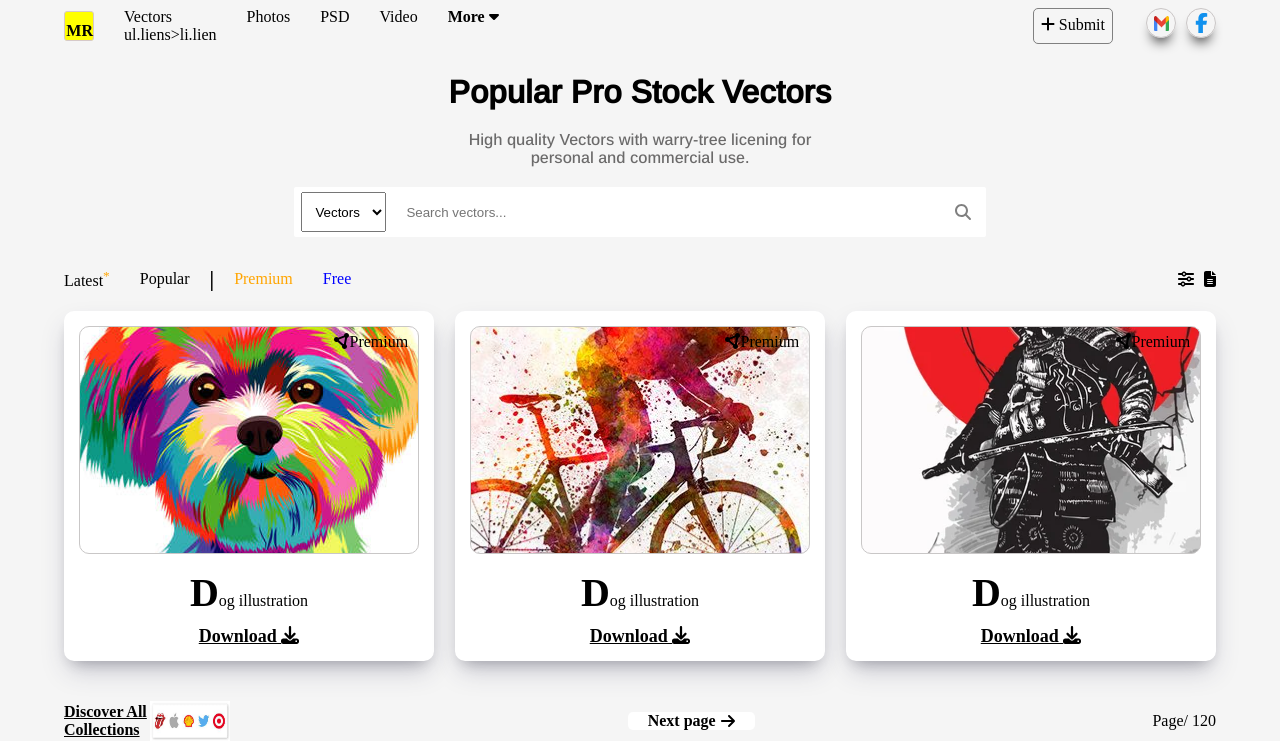
Repository: kegbaDev/VectorTemplate
Page: /
An editor plug-in stored every save of this project. The page is shown before and after the next save, followed by the edit.
The browser window is 1280 px wide. The pictures show the whole page.
The project was rebuilt for these pictures with package versions that can differ from the ones it lists, and the page was loaded fresh each time. Also part of the build but not shown: vite.config.js.

Above is the page before, as saved 2023-04-14 01:39:22.

### index.html
<!DOCTYPE html>
<html lang="en">
  <head>
    <meta charset="UTF-8" />
    <link rel="icon" href="/favicon.ico" />
    <meta name="viewport" content="width=device-width, initial-scale=1.0" />
    <title>Vite App</title>
  </head>
  <body style="background-color: rgb(245, 245, 245)">
    <div id="app"></div>
    <script type="module" src="/src/main.js"></script>
  </body>
</html>

### src/main.js
import { createApp } from 'vue'
import App from './App.vue'

// fontawesome importation
import '@fortawesome/fontawesome-free/css/all.css'
import '@fortawesome/fontawesome-free/js/all.js'

createApp(App).mount('#app')

### src/App.vue
<template>
<div class="wrapper">
  <div class="navbar">
    <div class="left bounce">
      <div class="logo">MR</div>
      <ul>
        <li>
          Vectors
          <div class="sous_menu">
            ul.liens>li.lien
          </div>
        </li>
        <li>Photos</li>
        <li>PSD</li>
        <li>Video</li>
        <li><span class="more" >More</span><i class="fa-solid fa-caret-down"></i></li>
      </ul>
    </div>
    <div class="right">
      <div class="submit">
        <i class="fa-solid fa-plus"></i>
        Submit
      </div>
      <div class="logo_collection">
        <div class="logo_card">
          <img src="./assets/gmail-logo-16.png" alt="google-icon" width="15px" height="15px">
        </div>
        <div class="logo_card">
          <i class="fa-brands fa-facebook-f" style="color: #1191ee; width: 25px;height: 20px;"></i>
        </div>
      </div>
    </div>
  </div>


  <!-- Second component -->


  <div class="text_section">
    <h1 class="title slideInUp">Popular Pro Stock Vectors</h1>
    <p class="paragraph slideInUp">
      High quality Vectors with warry-tree licening for <br>
      personal and commercial use.
    </p>
    <div class="input_card slideInRight">
      <select name="" id="">
        <option value="value1">Vectors</option>
        <option value="value2">Vectors</option>
      </select>
      <input type="text" placeholder="Search vectors... ">
      <i class="fa-solid fa-magnifying-glass" style="color: grey; margin-right: 15px;"></i>
    </div>
  </div>

  <!-- Third component -->

  <div class="row">
    <div class="left-row">
      <ul>
        <li>Latest<sup style="color:orange">*</sup></li>
        <li>Popular</li>
      </ul>
      <span class="pipe">
        |
      </span>
      <ul>
        <li style="color:orange">Premium</li>
        <li style="color:blue">Free</li>
      </ul>
    </div>
    <div class="right-row">
      <i class="fa-solid fa-sliders"></i>
      <i class="fa-solid fa-file-lines"></i>
    </div>
  </div>

  <!-- Fourth component  -->

  <div class="card_content slideInUp">
    <div class="main_card">
      <div class="image_and_text_space">
        <i class="fa-solid fa-circle-nodes"></i>Premium
      </div>
      <p style="margin-bottom: 10px;"><span style="text-transform: uppercase; font-weight: bolder; font-size: 40px;">D</span>og illustration</p>
      <p class="download">Download <i class="fa-solid fa-download"></i></p>
    </div>
    <div class="main_card">
      <div class="image_and_text_space2">
        <i class="fa-solid fa-circle-nodes"></i>Premium
      </div>
      <p style="margin-bottom: 10px;"><span style="text-transform: uppercase; font-weight: bolder; font-size: 40px;">D</span>og illustration</p>
      <p class="download">Download <i class="fa-solid fa-download"></i></p>
    </div>
    <div class="main_card">
      <div class="image_and_text_space3">
        <!-- <img src="./assets/154416(1).svg" width="209px" height="300px" alt=""> -->
        <i class="fa-solid fa-circle-nodes"></i>Premium
      </div>
      <p style="margin-bottom: 10px;"><span style="text-transform: uppercase; font-weight: bolder; font-size: 40px;">D</span>og illustration</p>
      <p class="download">Download <i class="fa-solid fa-download"></i></p>
    </div>
    <!-- <div class="main_card">
      <div class="image_and_text_space">
        Premium
      </div>
      <p>Dog illustration</p>
      <p class="download">Download<i class="fa-solid fa-download"></i></p>
    </div>
    <div class="main_card">
      <div class="image_and_text_space">
        Premium
      </div>
      <p>Dog illustration</p>
      <p class="download">Download<i class="fa-solid fa-download"></i></p>
    </div> -->
  </div>

  <!-- Last component -->
  <div class="last_row">
    <div class="start">
      <div class="part">
        Discover All <br>
        Collections
      </div>
      <img src="./assets/imagesfinal.jpg" alt="" style="width: 80px; height: 40px;">
    </div>
    <div class="between">
      Next page <i class="fa-solid fa-arrow-right"></i>
    </div>
    <div class="end">
      Page/ 120
    </div>
  </div>
</div>




</template>

<script setup>

</script>


<style scoped>
@import url('https://fonts.googleapis.com/css2?family=Arimo:wght@500&display=swap');
.wrapper{
  height: 100vh;
  width: 90vw;
  margin:auto;
}
*{
  padding: 0px;
  margin: 0px;
  box-sizing: border-box;
  /* font-family: 'Arimo', sans-serif; */
}
.left{
  display: flex;
  align-items: center;
}

ul{
  list-style: none;
  display: flex;
  gap: 30px;
  margin-left: 30px;
}
ul li{
  cursor: pointer;
}
.more{
  font-weight: bolder;
  padding-right: 4px;
}
.logo{
  width: 30px;
  height: 30px;
  border: 1px solid rgb(214, 201, 201);
  background-color: yellow;
  font-weight: bolder;
  display: flex;
  justify-content: end;
  align-items: end;
  border-radius: 3px;
  cursor: pointer;
}
.navbar{
  display: flex;
  justify-content: space-between;
}
.right{
  display: flex;
  gap: 3px;
}
.submit{
  border: 1px solid gray;
  padding: 7px;
  margin-right: 30px;
  border-radius: 5px;
  background-color: rgba(234, 233, 233, 0.03);
  cursor: pointer;
  transition: all 400ms ease-in-out;
}
.submit:hover{
  background-color: yellow;
  /* font-weight: bolder; */
  scale: 1.1;
}
.logo_collection{
  display: flex;
  gap: 10px;
}
.logo_card{
  width: 30px;
  height: 30px;
  border: 1px solid black;
  display: flex;
  align-items: center;
  justify-content: center;
  border-radius: 50%;
  border-color: rgb(202, 198, 198);
  -webkit-box-shadow: 0px 10px 13px -7px #000000, -2px -2px 15px 6px rgba(26,17,18,0);
  box-shadow: 0px 10px 13px -7px #000000, -2px -2px 15px 6px rgba(26,17,18,0);
  cursor: pointer;transition: all 300ms ease-in-out;

}
.logo_card:hover{
  -webkit-box-shadow: 0px 10px 13px -7px #000000, -2px -2px 15px 6px rgba(26,17,18,0);
  box-shadow: 0px 10px 13px -7px #000000, -2px -2px 15px 6px rgba(26,17,18,0);
  scale: 1.2;

}

/* Second composant */

.text_section{
  margin: 30px auto;
  text-align: center;
}
.title{
  font-family: 'Arimo', sans-serif;
  margin-bottom: 20px;
}
.paragraph{
  font-family: 'Arimo', sans-serif;
  margin-bottom: 20px;
  color: rgb(107, 106, 106);
}
.input_card{
  width: 60%;
  height: 50px;
  background-color: white;
  margin: auto;
  display: flex;
  align-items: center;
  border-radius: 2px;
}
input{
  width: 100%;
  padding-left: 20px;
  border: none;
}
input, select{
  height: 40px;
}
select{
  padding: 9px;
  margin-left: 7px;
}

/* Third component */
.row{
  display: flex;
  justify-content: space-between;
  margin-bottom: 20px;
}
.left-row ul{
  margin: 0px;
  padding: 0px;
  display: flex;
  align-items: center;
}
.left-row, .right-row{
  display: flex;
  align-items: center;
}
.pipe{
  margin: 0px 20px;
}

.pipe{
  font-weight: bolder;
  font-size: 1.3em;
}
.right-row{
  gap: 10px;
}

/* Fourth component */

.card_content{
  display: flex;
  justify-content: space-between;
}
.main_card{
  min-width: 370px;
  min-height: 350px;
  /* border: 1px solid black; */
  border-radius: 10px;
  background-color: white;
  box-shadow: rgba(50, 50, 93, 0.25) 0px 13px 27px -5px, rgba(0, 0, 0, 0.3) 0px 8px 16px -8px;
  padding-bottom: 25px;
  cursor: pointer;
  transition: all 400ms ease-in-out;
}
.main_card:hover{
  scale: 1.02;
}
.main_card p{
  text-align: center;
}
.download{
  font-weight: bolder;
  text-decoration: underline;
  font-size: large;
}
.image_and_text_space{
  padding-top: 6px;
  padding-right: 10px;
  text-align: end;
  height: 70%;
  width: 92%;
  border: 1px solid rgb(201, 199, 199);
  border-radius: 10px;
  margin: 15px auto;
  background-image: url(./assets/chien_color.jpg);
  background-repeat: no-repeat;
  background-position: center;
}
.image_and_text_space2{
  background-image: url(./assets/velo.jpg) !important;
  padding-top: 6px;
  padding-right: 10px;
  text-align: end;
  height: 70%;
  width: 92%;
  border: 1px solid rgb(201, 199, 199);
  border-radius: 10px;
  margin: 15px auto;
  background-repeat: no-repeat;
  background-position: center;
}
.image_and_text_space3{
  background-image: url(./assets/sa.webp) !important;
  padding-top: 6px;
  padding-right: 10px;
  text-align: end;
  height: 70%;
  width: 92%;
  border: 1px solid rgb(201, 199, 199);
  border-radius: 10px;
  margin: 15px auto;
  background-repeat: no-repeat;
  /* object-fit: contain; */
  background-position: center;
}

/* Animation */

.bounce {
  -webkit-animation-name: bounce;
  animation-name: bounce;
  -webkit-transform-origin: center bottom;
  -ms-transform-origin: center bottom;
  transform-origin: center bottom;
  -webkit-animation-duration: 1s;
  animation-duration: 1s;
  -webkit-animation-fill-mode: both;
  animation-fill-mode: both;
  }
  @-webkit-keyframes bounce {
  0%, 20%, 53%, 80%, 100% {
  -webkit-transition-timing-function: cubic-bezier(0.215, 0.610, 0.355, 1.000);
  transition-timing-function: cubic-bezier(0.215, 0.610, 0.355, 1.000);
  -webkit-transform: translate3d(0,0,0);
  transform: translate3d(0,0,0);
  }
  40%, 43% {
  -webkit-transition-timing-function: cubic-bezier(0.755, 0.050, 0.855, 0.060);
  transition-timing-function: cubic-bezier(0.755, 0.050, 0.855, 0.060);
  -webkit-transform: translate3d(0, -30px, 0);
  transform: translate3d(0, -30px, 0);
  }
  70% {
  -webkit-transition-timing-function: cubic-bezier(0.755, 0.050, 0.855, 0.060);
  transition-timing-function: cubic-bezier(0.755, 0.050, 0.855, 0.060);
  -webkit-transform: translate3d(0, -15px, 0);
  transform: translate3d(0, -15px, 0);
  }
  90% {
  -webkit-transform: translate3d(0,-4px,0);
  transform: translate3d(0,-4px,0);
  }
  }

  @keyframes bounce {
  0%, 20%, 53%, 80%, 100% {
  -webkit-transition-timing-function: cubic-bezier(0.215, 0.610, 0.355, 1.000);
  transition-timing-function: cubic-bezier(0.215, 0.610, 0.355, 1.000);
  -webkit-transform: translate3d(0,0,0);
  transform: translate3d(0,0,0);
  }
  40%, 43% {
  -webkit-transition-timing-function: cubic-bezier(0.755, 0.050, 0.855, 0.060);
  transition-timing-function: cubic-bezier(0.755, 0.050, 0.855, 0.060);
  -webkit-transform: translate3d(0, -30px, 0);
  transform: translate3d(0, -30px, 0);
  }
  70% {
  -webkit-transition-timing-function: cubic-bezier(0.755, 0.050, 0.855, 0.060);
  transition-timing-function: cubic-bezier(0.755, 0.050, 0.855, 0.060);
  -webkit-transform: translate3d(0, -15px, 0);
  transform: translate3d(0, -15px, 0);
  }
  90% { -webkit-transform: translate3d(0,-4px,0); transform: translate3d(0,-4px,0);
  }
}
.slideInUp {
  -webkit-animation-name: slideInUp;
  animation-name: slideInUp;
  -webkit-animation-duration: 1s;
  animation-duration: 1s;
  -webkit-animation-fill-mode: both;
  animation-fill-mode: both;
  }
  @-webkit-keyframes slideInUp {
  0% {
  -webkit-transform: translateY(100%);
  transform: translateY(100%);
  visibility: visible;
  }
  100% {
  -webkit-transform: translateY(0);
  transform: translateY(0);
  }
  }
  @keyframes slideInUp {
  0% {
  -webkit-transform: translateY(100%);
  transform: translateY(100%);
  visibility: visible;
  }
  100% {
  -webkit-transform: translateY(0);
  transform: translateY(0);
  }
}

.slideInRight {
  -webkit-animation-name: slideInRight;
  animation-name: slideInRight;
  -webkit-animation-duration: 1s;
  animation-duration: 1s;
  -webkit-animation-fill-mode: both;
  animation-fill-mode: both;
  }
  @-webkit-keyframes slideInRight {
  0% {
  -webkit-transform: translateX(100%);
  transform: translateX(100%);
  visibility: visible;
  }
  100% {
  -webkit-transform: translateX(0);
  transform: translateX(0);
  }
  }
  @keyframes slideInRight {
  0% {
  -webkit-transform: translateX(100%);
  transform: translateX(100%);
  visibility: visible;
  }
  100% {
  -webkit-transform: translateX(0);
  transform: translateX(0);
  }
  }

.slideInUp {
  -webkit-animation-name: slideInUp;
  animation-name: slideInUp;
  -webkit-animation-duration: 1s;
  animation-duration: 1s;
  -webkit-animation-fill-mode: both;
  animation-fill-mode: both;
  }
  @-webkit-keyframes slideInUp {
  0% {
  -webkit-transform: translateY(100%);
  transform: translateY(100%);
  visibility: visible;
  }
  100% {
  -webkit-transform: translateY(0);
  transform: translateY(0);
  }
  }
  @keyframes slideInUp {
  0% {
  -webkit-transform: translateY(100%);
  transform: translateY(100%);
  visibility: visible;
  }
  100% {
  -webkit-transform: translateY(0);
  transform: translateY(0);
  }
}

/* Animation */

/* last component */

.last_row{
  margin-top: 40px;
  margin-bottom: 40px;
  display: flex;
  justify-content: space-between;
  align-items: center;
}
.between{
  font-weight: bolder;
  padding: 0px 20px;
  background-color: white;
  border-radius: 5px;
  display: flex;
  justify-content: center;
  align-items: center;
  gap: 5px;
}
.start{
  display: flex;
  align-items: center;
  gap: 3px;
  text-decoration: underline;
  font-weight: bold;
}
</style>

After the next save:
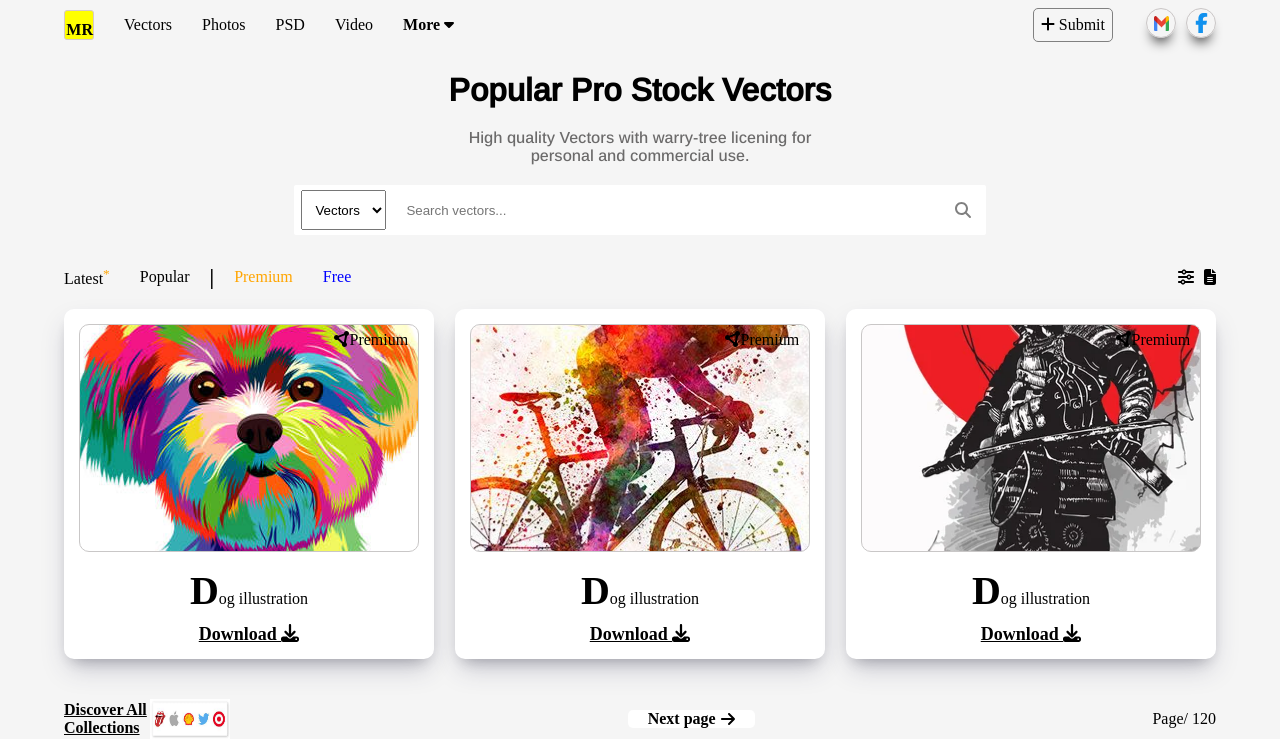
Saved 9 s later.
--- a/src/App.vue
+++ b/src/App.vue
@@ -7,7 +7,9 @@
         <li>
           Vectors
           <div class="sous_menu">
-            ul.liens>li.lien
+            <ul class="liens">
+              <li class="lien"></li>
+            </ul>
           </div>
         </li>
         <li>Photos</li>
